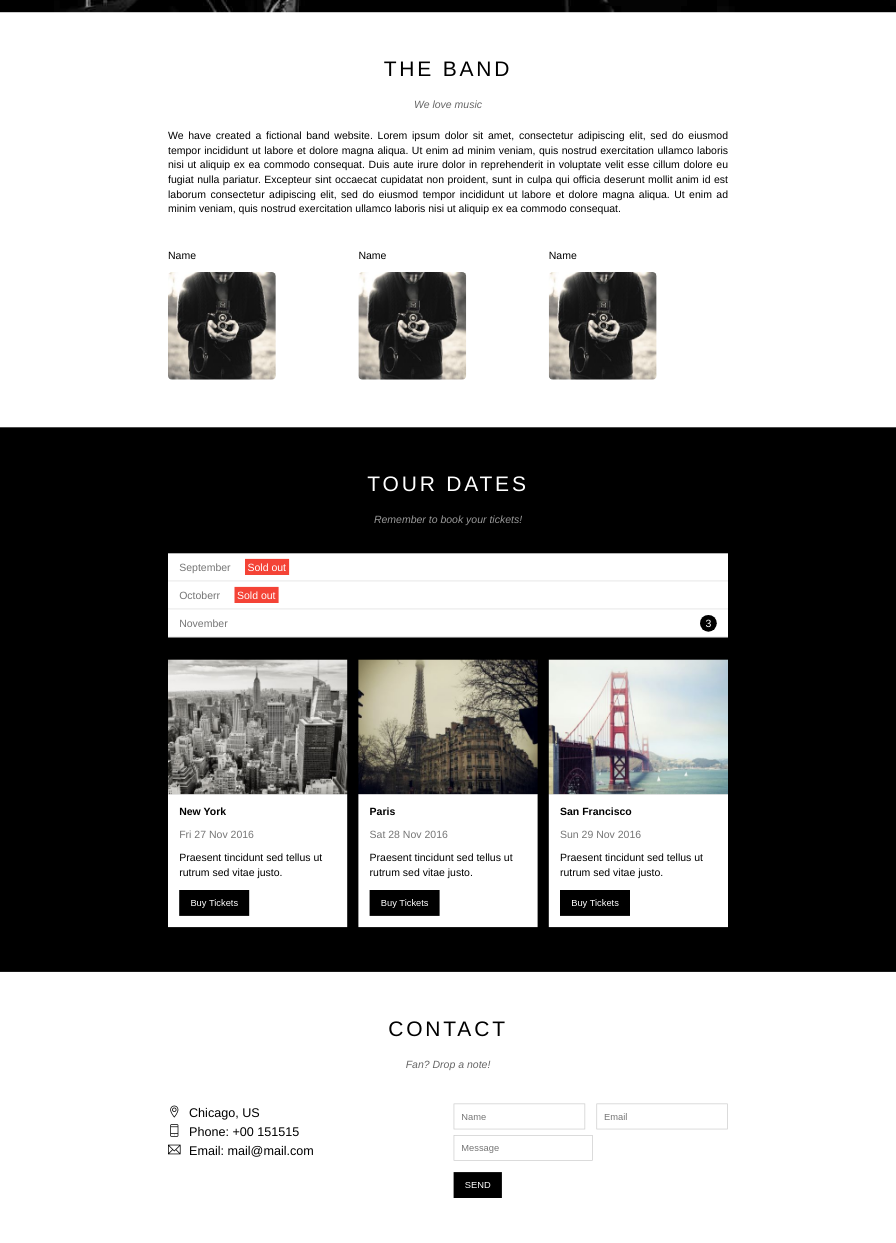
Repository: vophuocthanh/phuocthanhk03
Page: index.html
An editor plug-in stored every save of this project. The page is shown before and after the next save, followed by the edit.
The browser window is 1280 px wide. The pictures show the part of the page from y = 668 to 2588 px (the page is 2444 px tall before and 2588 px after), at 70% of full size.

Above is the page before, as saved 2022-03-27 14:21:07.

After the next save:
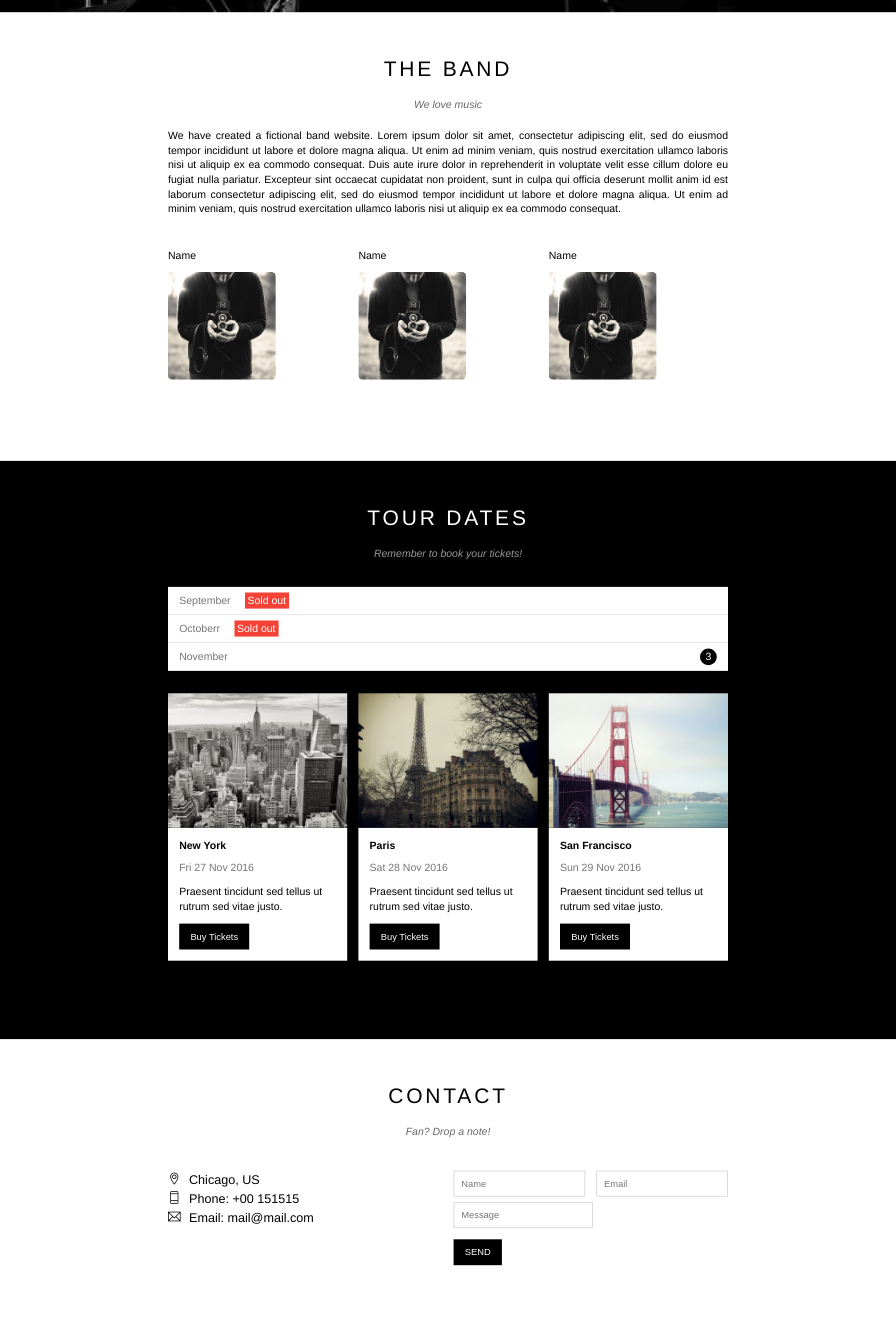
Saved 50 s later.
--- a/asset/css/style.css
+++ b/asset/css/style.css
@@ -206,7 +206,7 @@ html {
 
 #content .content-section {
     width: 800px;
-    padding: 64px 0;
+    padding: 64px 0 112px;
     margin-left: auto;
     margin-right: auto;
 }
